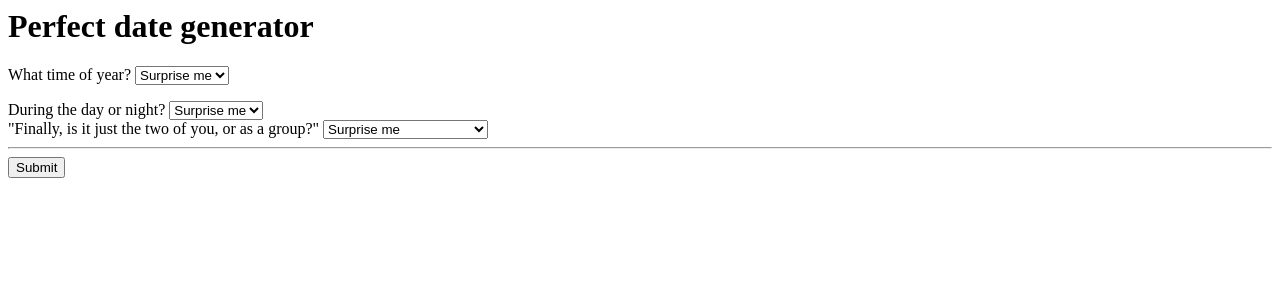
Repository: nazaninrizvi/codecademy
Page: Javascript/Mixed-messages/index.html
The author's editor kept a copy of each file at every save. The page is drawn from the files as they stood at one save, then again after a run of saves.
The browser window is 1280 px wide. The pictures show the whole page.

Above is the page before, as saved 2021-11-21 21:24:30.

### Javascript/Mixed-messages/index.html
<!<!DOCTYPE html>
<html>
<head>
  <title>Perfect date generator</title>
  <link rel="stylesheet" href="stylesheet.css" type="text/css" />
  <meta name="viewport" content="width=device-width, initial-scale=1">
  <script type="text/javascript" src="./index.js"></script>
</head>
<body>
  <h1>Perfect date generator</h1>
  <div>
    <form action="results.html" method="GET">
      <label for="seasons">What time of year?</label>
      <select id="seasons" name="seasons">
        <option value="surpSeas">Surprise me</option>
        <option value="summer">Summer</option>
        <option value="autumn">Autumn</option>
        <option value="winter">Winter</option>
        <option value="spring">Spring</option>
      </select>
  </div>

  <div>
    <label for="time">During the day or night?</label>
    <select name="time">
      <option value="surpTime">Surprise me</option>
      <option value="day">Day date</option>
      <option value="night">Night</option>
    </select>
  </div>

  <div>
    <label for="group">"Finally, is it just the two of you, or as a group?"</label>
    <select id="group" name="group">
      <option value="surpGroup">Surprise me</option>
      <option value="no">Just us</option>
      <option value="yes">We're going with others!</option>
    </select>
  </div>

<hr>
 <input type="submit" value="Submit">
  </form>
</body>
<footer>
</footer>
</html>

### Javascript/Mixed-messages/stylesheet.css
.body{
  background-image: url("mixedMessages-background.png");
}

.dropbtn {
  background-color: #04AA6D;
  color: white;
  padding: 16px;
  font-size: 16px;
  border: none;
  cursor: pointer;
}

.dropbtn:hover, .dropbtn:focus {
  background-color: #3e8e41;
}

#myInput {
  box-sizing: border-box;
  background-image: url('searchicon.png');
  background-position: 14px 12px;
  background-repeat: no-repeat;
  font-size: 16px;
  padding: 14px 20px 12px 45px;
  border: none;
  border-bottom: 1px solid rgb(163, 57, 57);
}

#myInput:focus {outline: 3px solid #ddd;}

.dropdown {
  position: relative;
  display: inline-block;
}

.dropdown-content {
  display: none;
  position: absolute;
  background-color: #f6f6f6;
  min-width: 230px;
  overflow: auto;
  border: 1px solid #ddd;
  z-index: 1;
}

.dropdown-content a {
  color: black;
  padding: 12px 16px;
  text-decoration: none;
  display: block;
}

.dropdown a:hover {background-color: #ddd;}

.show {display: block;}

### Javascript/Mixed-messages/index.js
function myFunction() {
  document.getElementById("seasDropdown").classList.toggle("show");
}

function filterFunction() {
  var input, filter, ul, li, a, i;
  input = document.getElementById("myInput");
  filter = input.value.toUpperCase();
  div = document.getElementById("seasDropdown");
  a = div.getElementsByTagName("a");
  for (i = 0; i < a.length; i++) {
    txtValue = a[i].textContent || a[i].innerText;
    if (txtValue.toUpperCase().indexOf(filter) > -1) {
      a[i].style.display = "";
    } else {
      a[i].style.display = "none";
    }
  }
}

function myFunction() {
  document.getElementById("timeDropdown").classList.toggle("show");
}

function filterFunction() {
  var input, filter, ul, li, a, i;
  input = document.getElementById("myInput");
  filter = input.value.toUpperCase();
  div = document.getElementById("timeDropdown");
  a = div.getElementsByTagName("a");
  for (i = 0; i < a.length; i++) {
    txtValue = a[i].textContent || a[i].innerText;
    if (txtValue.toUpperCase().indexOf(filter) > -1) {
      a[i].style.display = "";
    } else {
      a[i].style.display = "none";
    }
  }
}

function myFunction() {
  document.getElementById("sizeDropdown").classList.toggle("show");
}

function filterFunction() {
  var input, filter, ul, li, a, i;
  input = document.getElementById("myInput");
  filter = input.value.toUpperCase();
  div = document.getElementById("sizeDropdown");
  a = div.getElementsByTagName("a");
  for (i = 0; i < a.length; i++) {
    txtValue = a[i].textContent || a[i].innerText;
    if (txtValue.toUpperCase().indexOf(filter) > -1) {
      a[i].style.display = "";
    } else {
      a[i].style.display = "none";
    }
  }
}

After the next 2 saves:
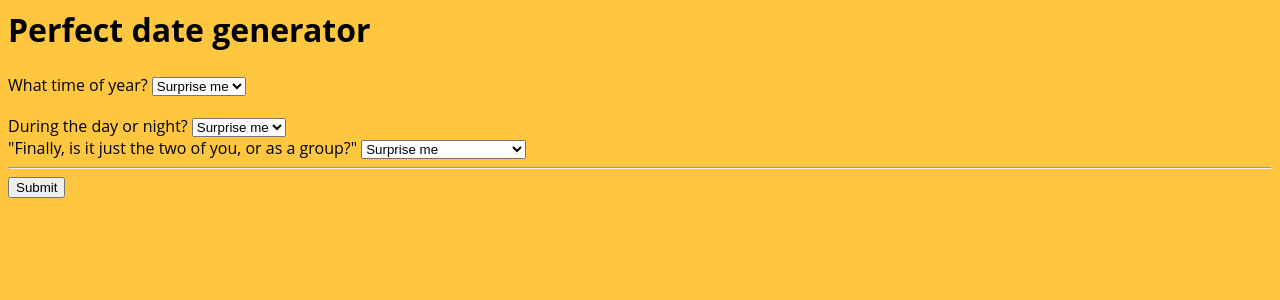
The 2 saves are shown as one change because they came seconds apart.
The last was saved 97 s later.
--- a/Javascript/Mixed-messages/stylesheet.css
+++ b/Javascript/Mixed-messages/stylesheet.css
@@ -1,55 +1,56 @@
-.body{
-  background-image: url("mixedMessages-background.png");
+body {
+  background-color: rgb(255, 199, 64);
+  font-family: "Open Sans", Arial;
 }
 
-.dropbtn {
-  background-color: #04AA6D;
-  color: white;
-  padding: 16px;
-  font-size: 16px;
-  border: none;
-  cursor: pointer;
+form {
+  line-height: 27px;
 }
 
-.dropbtn:hover, .dropbtn:focus {
-  background-color: #3e8e41;
+h2 {
+  font-size: 20px;
 }
 
-#myInput {
-  box-sizing: border-box;
-  background-image: url('searchicon.png');
-  background-position: 14px 12px;
-  background-repeat: no-repeat;
-  font-size: 16px;
-  padding: 14px 20px 12px 45px;
-  border: none;
-  border-bottom: 1px solid rgb(163, 57, 57);
+input[type="text"], input[type="number"] {
+  min-height: 15px;
+  border-radius: 5px;
+  border:1px solid #cccccc;
 }
 
-#myInput:focus {outline: 3px solid #ddd;}
-
-.dropdown {
-  position: relative;
-  display: inline-block;
+input[type="radio"] {
+  margin-left: 12px;
 }
 
-.dropdown-content {
-  display: none;
-  position: absolute;
-  background-color: #f6f6f6;
-  min-width: 230px;
+#main {
+  background-color: rgba(255,255,255,0.8);
+  text-align: center;
+  height: 80vh;
+  border-radius: 15px;
+  margin: 2% 10%;
   overflow: auto;
-  border: 1px solid #ddd;
-  z-index: 1;
 }
 
-.dropdown-content a {
-  color: black;
-  padding: 12px 16px;
-  text-decoration: none;
-  display: block;
+#story {
+  padding: 0 3%;
 }
 
-.dropdown a:hover {background-color: #ddd;}
+#top {
+  background-color: rgb(255, 255, 255);
+  margin: 2% 10%;
+  border-radius: 15px;
+}
 
-.show {display: block;}
+#top img {
+  display: block;
+  width: 35%;
+  margin: 0 auto;
+}
+
+.italics {
+  font-style: italic;
+}
+
+.word {
+  font-weight: bold;
+  text-decoration: underline;
+}
